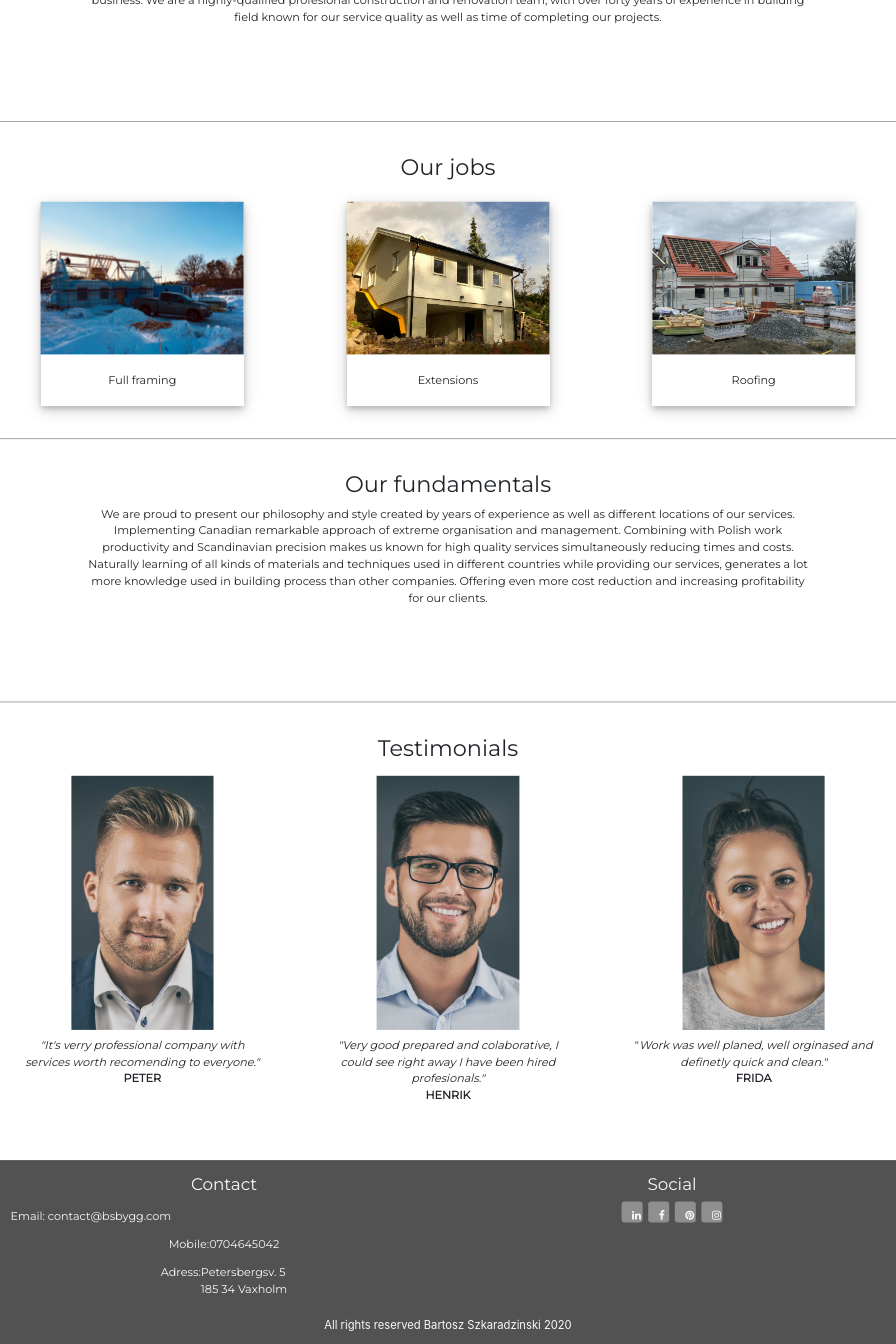
Repository: Bartie1982/milestone-project-1
Page: index.html
The author's editor kept a record of every edit. The page is drawn from the files as they stood at one moment, then again after the next edit.
The browser window is 1280 px wide. The pictures show the part of the page from y = 906 to 2826 px (the page is 2826 px tall), at 70% of full size.
Some web libraries are served in a nearby version.

Above is the page before.

After the next edit:
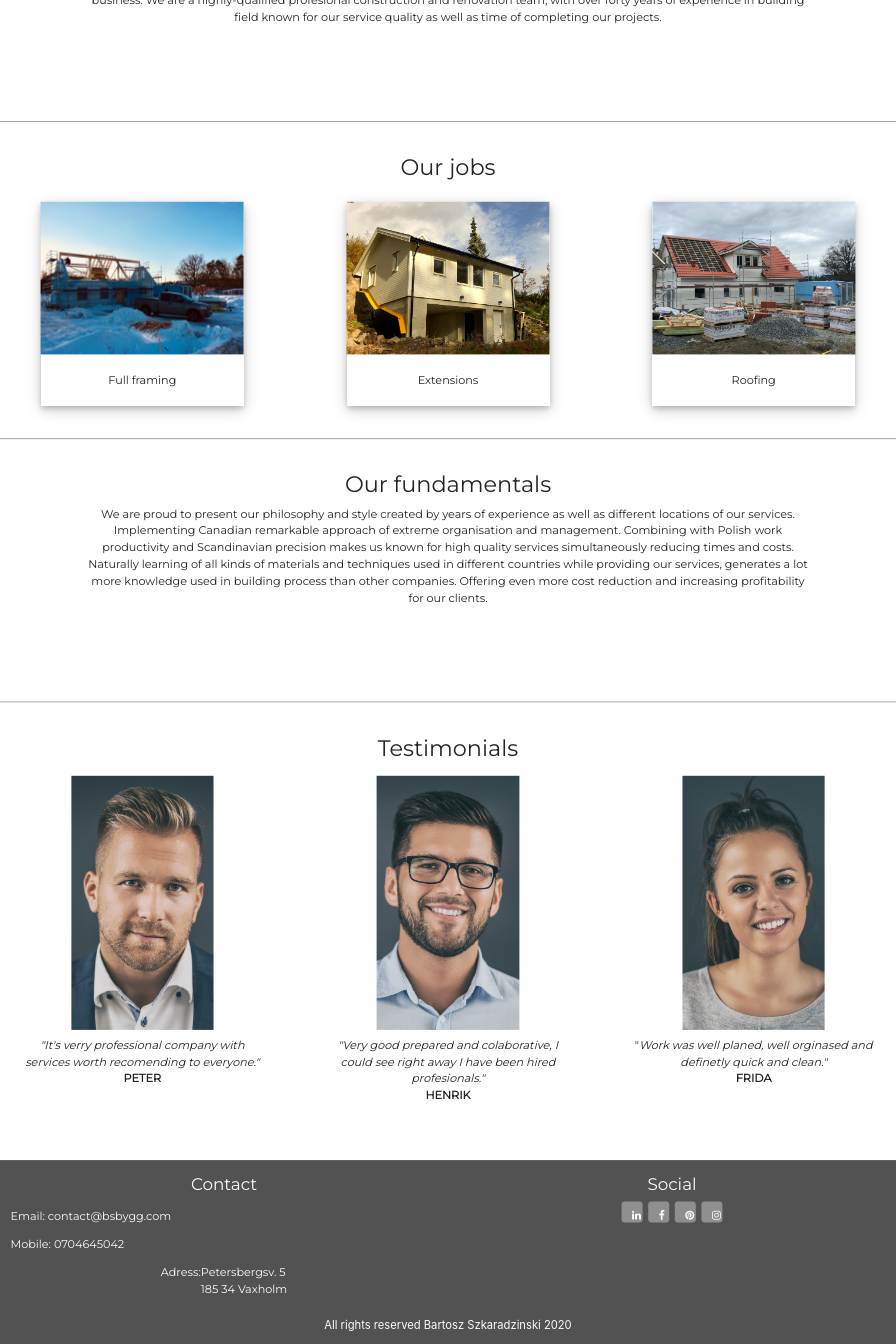
The edit:
--- a/index.html
+++ b/index.html
@@ -172,7 +172,7 @@
                             <p class=""><b>Email:</b> contact@bsbygg.com</p>
                             </div>
                             <div>
-                            <p class="d-flex justify-content-center"><b>Mobile:</b> 0704645042 </p>
+                            <p class=""><b>Mobile:</b> 0704645042 </p>
                             </div>
                             <div>
                             <p class="d-flex justify-content-center"><b>Adress:</b> Petersbergsv. 5 <br>185 34 Vaxholm</p>
